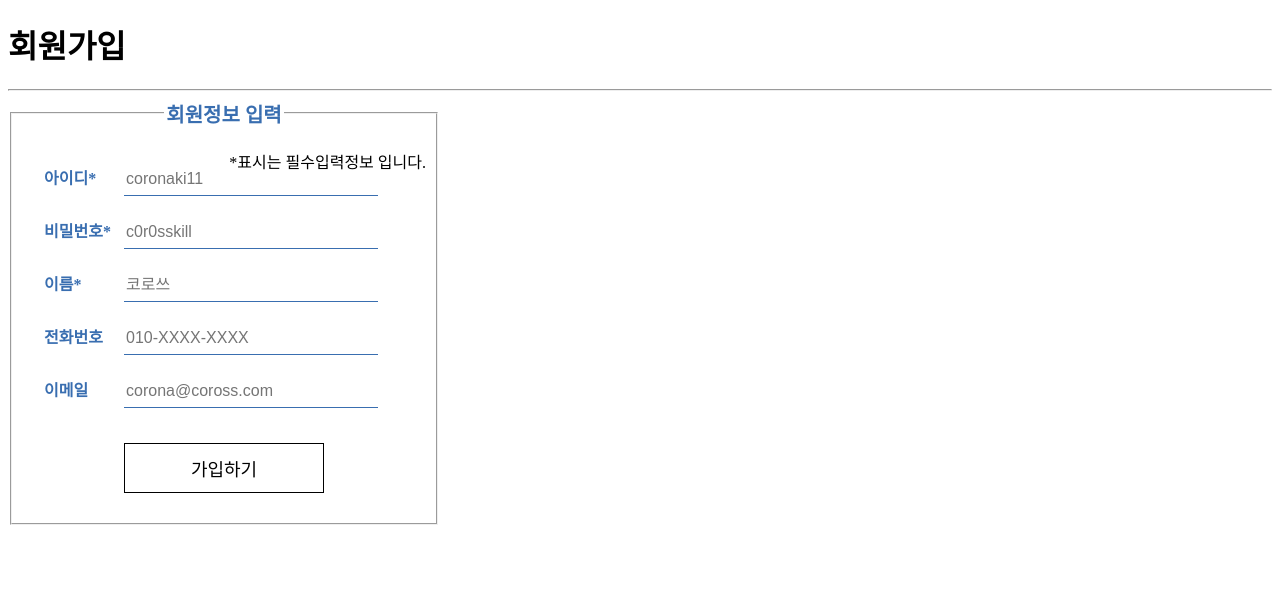
Repository: bbookk1104/spring-workspace
Page: http://localhost/practice_CRUD/joinFrm.do
An editor plug-in stored every save of this project. The page is shown before and after the next save, followed by the edit.
The browser window is 1280 px wide. The pictures show the whole page.
The page is served by Tomcat 9. Other server files are loaded and not shown.

Above is the page before, as saved 2022-09-30 10:18:16.

### practice_CRUD/src/main/webapp/WEB-INF/views/member/joinFrm.jsp
<%@ page language="java" contentType="text/html; charset=UTF-8"
    pageEncoding="UTF-8"%>
<!DOCTYPE html>
<html>
<head>
<meta charset="UTF-8">
<title>회원가입</title>
<style>
	ul{
		margin: 20px;
		padding: 0;
	}
	li{
		list-style-type: none;
	}
	input[type=text], input[type=password]{
		width: 250px;
		height: 30px;
		margin: 10px 0px 10px 0px;
		border: 0;
		border-bottom: 1px solid #396EB0;
		font-size: 16px;
	}
	input:focus{
		outline: 0;
		color: #396EB0;
		font-weight: bold;
	}
	input[type=submit]{
		margin-top: 25px;
		width:200px;
		height:50px;
		border: 1px solid #000;
		background-color: #fff;
		font-size: 18px;
	}
	input[type=submit]:hover{
		cursor: pointer;
		border-color: #396EB0;
		background-color: #396EB0;
		color: #fff;
		font-weight: bold;
		transition: 0.5s;
	}
	label{
		display: inline-block;
		width: 80px;
		height: 30px;
		color: #396EB0;
		font-weight: 900;
	}
	fieldset{
		width: 400px;
		position: relative;
	}
	legend{
		color: #396EB0;
		font-weight: 900;
		font-size: 20px;
		text-align: center;
	}
	p{
		position: absolute;
		right: 10px;
	}
</style>
</head>
<body>
	<h1>회원가입</h1>
	<hr>
	<form action="/insertMember.do" method="post">
		<fieldset>
			<legend>회원정보 입력</legend>
			<p>*표시는 필수입력정보 입니다.</p>
			<ul>
				<li><label for="id">아이디*</label><input type="text" name="memberId" id="id" placeholder="coronaki11" autocomplete="off" required></li>
				<li><label for="pw">비밀번호*</label><input type="password" name="memberPw" id="pw" placeholder="c0r0sskill" autocomplete="off" required></li>
				<li><label for="name">이름*</label><input type="text" name="memberName" id="name" placeholder="코로쓰" autocomplete="off" required></li>
				<li><label for="phone">전화번호</label><input type="text" name="phone" id="phone" placeholder="010-XXXX-XXXX" autocomplete="off"></li>
				<li><label for="email">이메일</label><input type="text" name="email" id="email" placeholder="corona@coross.com" autocomplete="off"></li>
				<li style="text-align: center;"><input type="submit" value="가입하기"></li>
			</ul>
		</fieldset>
	</form>
</body>
</html>

After the next save:
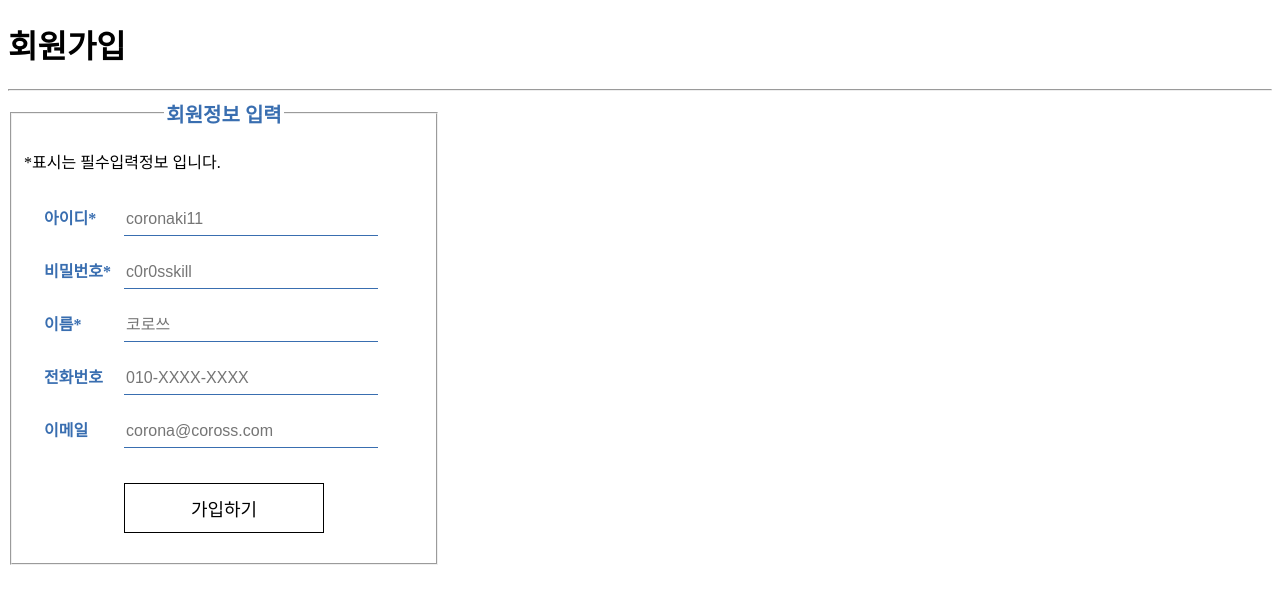
Saved 15 s later.
--- a/practice_CRUD/src/main/webapp/WEB-INF/views/member/joinFrm.jsp
+++ b/practice_CRUD/src/main/webapp/WEB-INF/views/member/joinFrm.jsp
@@ -59,7 +59,7 @@
 		font-size: 20px;
 		text-align: center;
 	}
-	p{
+	span{
 		position: absolute;
 		right: 10px;
 	}
